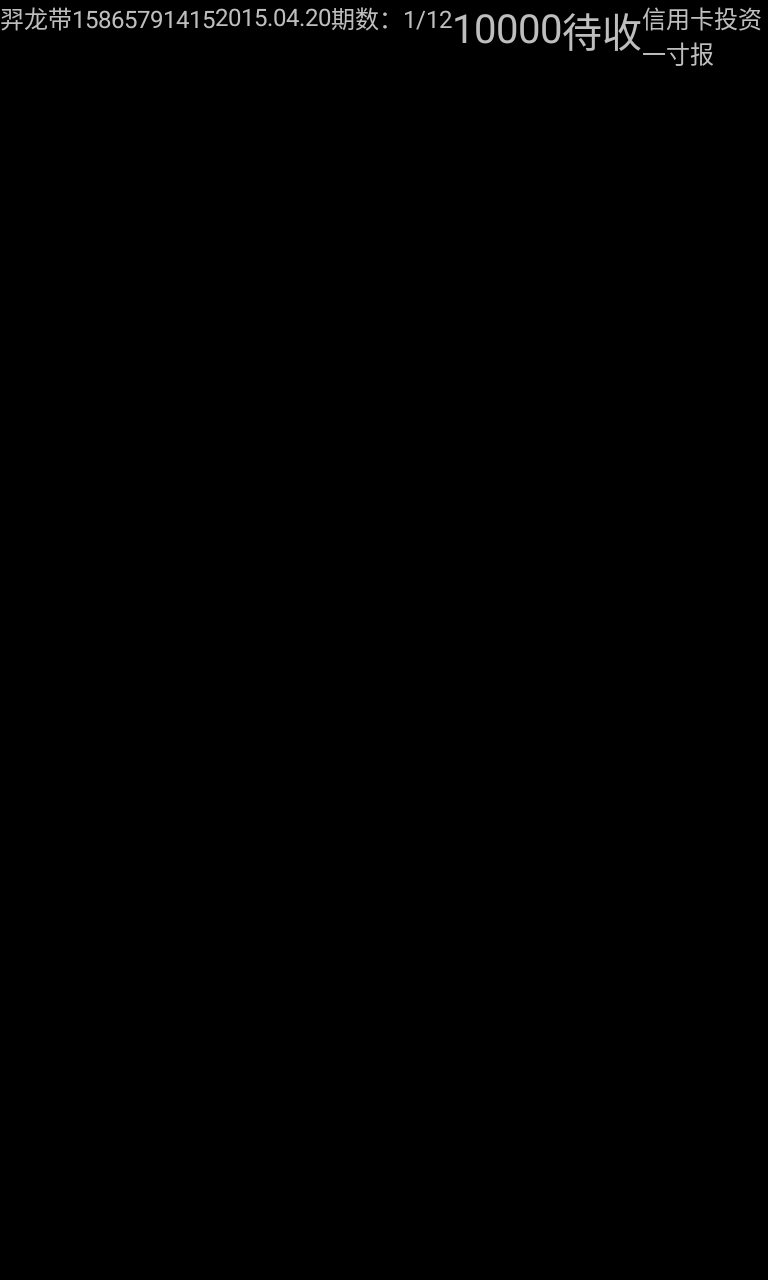
Repository: gongxinge/money-android
Layout: P2P/res/layout/billdetaillistitem.xml
An editor plug-in stored every save of this project. The layout is shown before and after the next save, followed by the edit.
It is drawn on a 768 x 1280 px phone screen (xhdpi) without system bars, with theme android:Theme; the app's code is not run.

Above is the layout before, as saved 2015-06-28 03:33:09.

### P2P/res/layout/billdetaillistitem.xml
<?xml version="1.0" encoding="utf-8"?>
<LinearLayout xmlns:android="http://schemas.android.com/apk/res/android"
    android:layout_width="match_parent"
    android:layout_height="match_parent"
    android:orientation="horizontal" >

    <LinearLayout
        android:id="@+id/llCenter"
        android:layout_width="wrap_content"
        android:layout_height="wrap_content"
        android:orientation="horizontal" >
    <LinearLayout
        android:id="@+id/llCenter"
        android:layout_width="wrap_content"
        android:layout_height="wrap_content"
        android:orientation="horizontal" >
        <LinearLayout
            android:id="@+id/llCenter"
            android:layout_width="wrap_content"
            android:layout_height="wrap_content"
            android:orientation="horizontal" >

            <TextView
                android:id="@+id/tvSiteName"
                android:layout_width="wrap_content"
                android:layout_height="wrap_content"
                android:text="羿龙带"
                android:textSize="12dp" />

            <TextView
                android:id="@+id/tvSiteUserName"
                android:layout_width="wrap_content"
                android:layout_height="wrap_content"
                android:text="15865791415"
                android:textSize="12dp" />
        </LinearLayout>

        <LinearLayout
            android:id="@+id/llCenter"
            android:layout_width="wrap_content"
            android:layout_height="wrap_content"
            android:orientation="horizontal" >

            <TextView
                android:id="@+id/tvRecDate"
                android:layout_width="wrap_content"
                android:layout_height="wrap_content"
                android:layout_gravity="center_horizontal"
                android:text="2015.04.20"
                android:textSize="12dp" />

            <TextView
                android:id="@+id/tvPeriods"
                android:layout_width="wrap_content"
                android:layout_height="wrap_content"
                android:text="期数：1/12"
                android:textSize="12dp" />
        </LinearLayout>

        </LinearLayout>
        <TextView
            android:id="@+id/tvRecAll"
            android:layout_width="wrap_content"
            android:layout_height="wrap_content"
            android:layout_gravity="center_horizontal"
            android:text="10000"
            android:textSize="20dp" />

        <TextView
            android:id="@+id/tvState"
            android:layout_width="wrap_content"
            android:layout_height="wrap_content"
            android:text="待收"
            android:textSize="20dp" />
    </LinearLayout>


    <TextView
        android:id="@+id/tvRemark"
        android:layout_width="wrap_content"
        android:layout_height="wrap_content"
        android:layout_gravity="center_horizontal"
        android:text="信用卡投资一寸报"
        android:textSize="12dp" />

</LinearLayout>

After the next save:
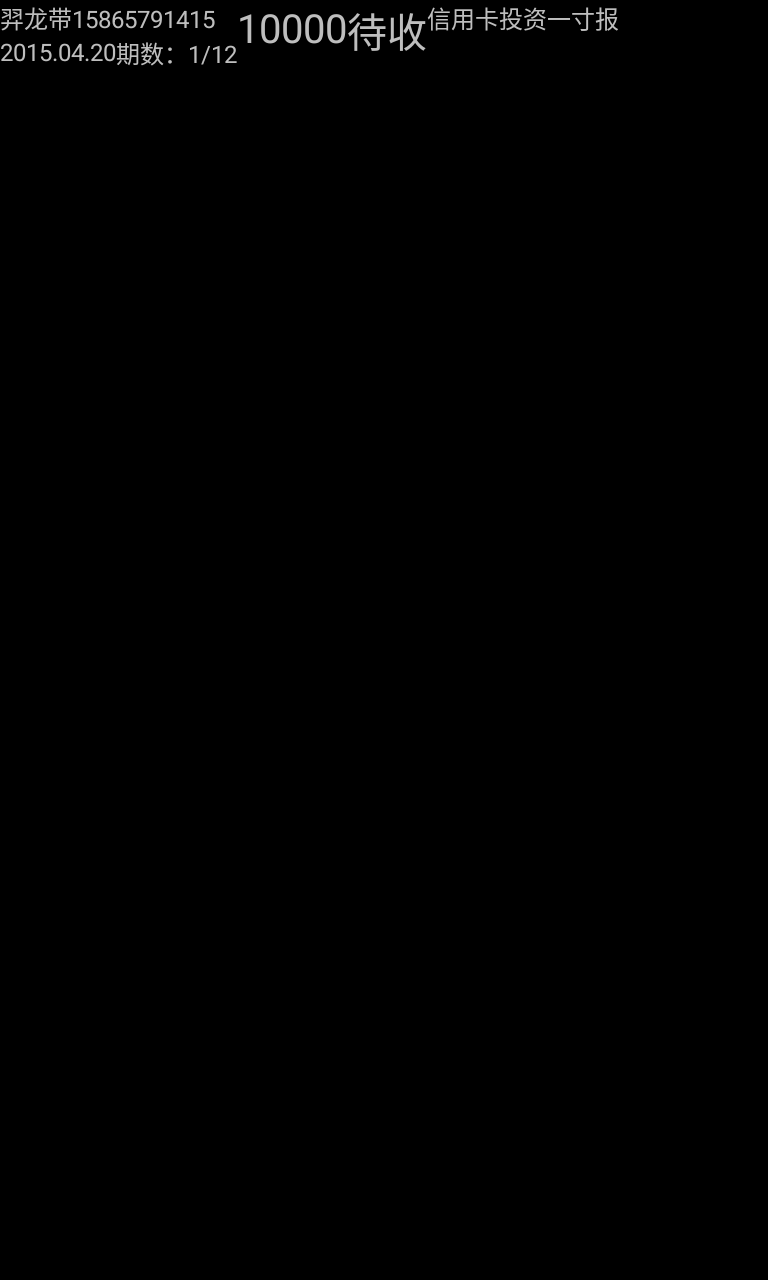
Saved 13 s later.
--- a/P2P/res/layout/billdetaillistitem.xml
+++ b/P2P/res/layout/billdetaillistitem.xml
@@ -9,55 +9,57 @@
         android:layout_width="wrap_content"
         android:layout_height="wrap_content"
         android:orientation="horizontal" >
-    <LinearLayout
-        android:id="@+id/llCenter"
-        android:layout_width="wrap_content"
-        android:layout_height="wrap_content"
-        android:orientation="horizontal" >
-        <LinearLayout
-            android:id="@+id/llCenter"
-            android:layout_width="wrap_content"
-            android:layout_height="wrap_content"
-            android:orientation="horizontal" >
-
-            <TextView
-                android:id="@+id/tvSiteName"
-                android:layout_width="wrap_content"
-                android:layout_height="wrap_content"
-                android:text="羿龙带"
-                android:textSize="12dp" />
-
-            <TextView
-                android:id="@+id/tvSiteUserName"
-                android:layout_width="wrap_content"
-                android:layout_height="wrap_content"
-                android:text="15865791415"
-                android:textSize="12dp" />
-        </LinearLayout>
 
         <LinearLayout
             android:id="@+id/llCenter"
             android:layout_width="wrap_content"
             android:layout_height="wrap_content"
-            android:orientation="horizontal" >
+            android:orientation="vertical" >
 
-            <TextView
-                android:id="@+id/tvRecDate"
+            <LinearLayout
+                android:id="@+id/llCenter"
                 android:layout_width="wrap_content"
                 android:layout_height="wrap_content"
-                android:layout_gravity="center_horizontal"
-                android:text="2015.04.20"
-                android:textSize="12dp" />
+                android:orientation="horizontal" >
 
-            <TextView
-                android:id="@+id/tvPeriods"
+                <TextView
+                    android:id="@+id/tvSiteName"
+                    android:layout_width="wrap_content"
+                    android:layout_height="wrap_content"
+                    android:text="羿龙带"
+                    android:textSize="12dp" />
+
+                <TextView
+                    android:id="@+id/tvSiteUserName"
+                    android:layout_width="wrap_content"
+                    android:layout_height="wrap_content"
+                    android:text="15865791415"
+                    android:textSize="12dp" />
+            </LinearLayout>
+
+            <LinearLayout
+                android:id="@+id/llCenter"
                 android:layout_width="wrap_content"
                 android:layout_height="wrap_content"
-                android:text="期数：1/12"
-                android:textSize="12dp" />
+                android:orientation="horizontal" >
+
+                <TextView
+                    android:id="@+id/tvRecDate"
+                    android:layout_width="wrap_content"
+                    android:layout_height="wrap_content"
+                    android:layout_gravity="center_horizontal"
+                    android:text="2015.04.20"
+                    android:textSize="12dp" />
+
+                <TextView
+                    android:id="@+id/tvPeriods"
+                    android:layout_width="wrap_content"
+                    android:layout_height="wrap_content"
+                    android:text="期数：1/12"
+                    android:textSize="12dp" />
+            </LinearLayout>
         </LinearLayout>
 
-        </LinearLayout>
         <TextView
             android:id="@+id/tvRecAll"
             android:layout_width="wrap_content"
@@ -74,7 +76,6 @@
             android:textSize="20dp" />
     </LinearLayout>
 
-
     <TextView
         android:id="@+id/tvRemark"
         android:layout_width="wrap_content"
